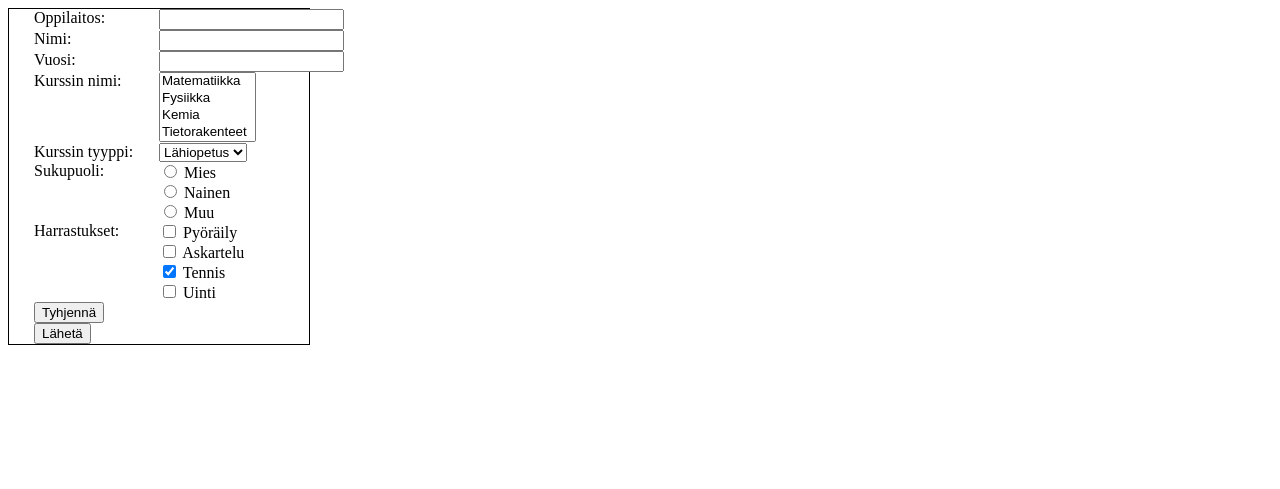
Repository: Niina-Maria/tehtavat-12-17-Niina-Maria2
Page: teht16.html
An editor plug-in stored every save of this project. The page is shown before and after the next save, followed by the edit.
The browser window is 1280 px wide. The pictures show the whole page.

Above is the page before, as saved 2024-11-20 13:09:37.

### teht16.html
<!DOCTYPE html>
<html>
    <head>
        <link rel="stylesheet" href="teht16.css">
    </head>
    <body>
        <div class="grid-container">
            <div class="grid-item">
                <div class="a a1">Oppilaitos:</div>
                <div class="a a2"><input type="text" id="school" name="school"></div>
                <div class="a a3">Nimi:</div>
                <div class="a a4"><input type="text" id="name" name="name"></div>
                <div class="a a5">Vuosi:</div>
                <div class="a a6"><input type="password" id="year" name="year"></div>
                <div class="a a7">Kurssin nimi:</div>
                <div class="a a8">
                    <select class="course" name="course" size="4">
                    <option value="matematiikka">Matematiikka</option>
                    <option value="fysiikka">Fysiikka</option>
                    <option value="kemia">Kemia</option>
                    <option value="tietorakenteet">Tietorakenteet</option>
                    <option value="webohjelmointi">Webohjelmointi</option>
                    </select>
                </div>
                <div class="a a9">Kurssin tyyppi:</div>
                <div class="a a10">
                    <select class="type" name="type" size="1">
                        <option value="lähiopetus">Lähiopetus</option>
                        <option value="etäopetus">Etäopetus</option>
                        <option value="hybridi">Hybridi</option>
                        <option value="monimuoto">Monimuoto</option>
                        <option value="avoinamk">AvoinAMK</option>
                    </select>
                </div>
                <div class="a a11">Sukupuoli:</div>
                <div class="a a12">
                    <input type="radio" id="male" name="gender" value="male">
                    <label class="sukup"for="male">Mies</label><br>
                    <input type="radio" id="female" name="gender" value="female">
                    <label class="sukup"for="female">Nainen</label><br>
                    <input type="radio" id="other" name="gender" value="other">
                    <label class="sukup"for="other">Muu</label>
                </div>
                <div class="a a13">Harrastukset:</div>
                <div class="a a14" >
                    <input type="checkbox" id="hobbiesbike" name="hobbiesbike">
                        <label for="hobbiesbike"> Pyöräily</label><br>
                        <input type="checkbox" id="hobbiesaskartelu" name="hobbiesaskartelu">
                        <label for="hobbiesaskartelu"> Askartelu</label><br>
                        <input type="checkbox" id="hobbiestennis" name="hobbiestennis" checked="checked">
                        <label for="hobbiestennis"> Tennis</label><br>
                        <input type="checkbox" id="hobbiesuinti" name="hobbiesuinti">
                        <label for="hobbiesuinti"> Uinti</label><br>
                </div>
                <div class="a a15">
                    <input type="reset" id="napit" value="Tyhjennä">
                    <input type="submit"id="napit2" value="Lähetä">
                </div>

            </div>
        </div>
    </body>

### teht16.css
.grid-container {
    display: grid;
    justify-content: center;
    border: 1px solid black;
    width: 300px;
}


.grid-item {
    display: grid;
    grid-template-columns: repeat(2, 125px);
    width: 250px;
    /*
    margin: 5px;
    padding: 5px;
    border: 1 px solid black;*/
    justify-content: center;
}

.taulukko div {
    grid-column: span 1;
    justify-content: right;
    padding: 5px;
    width: 100px;
    align-items: center;
}

.taulukko .a1 {
    grid-column: span 1;
    border: 1 px solid black;
    justify-content: right;
}

.taulukko .a2 {
    grid-column: span 1;
    justify-content: right;
    margin-left: 10px;
    border: 1 px solid black;
}

.taulukko .a3 {
    grid-column: span 1;
    border: 1 px solid black;
}

.taulukko .a4 {
    grid-column: span 1;
    justify-content: left;
    margin-left: 10px;
    border: 1 px solid black;
}


.taulukko .a5 {
    grid-column: span 1;
    border: 1 px solid black;
}

.taulukko .a6 {
    grid-column: span 1;
    justify-content: left;
    margin-left: 10px;
    border: 1 px solid black;
}

.taulukko .a7 {
    grid-column: span 1;
    border: 1 px solid black;
    vertical-align: 50%;
}

.taulukko .a8 {
    grid-column: span 1;
    justify-content: left;
    margin-left: 10px;
    border: 1 px solid black;
}

.taulukko .a9 {
    grid-column: span 1;
    border: 1 px solid black;
}

.taulukko .a10 {
    grid-column: span 1;
    justify-content: left;
    margin-left: 10px;
    border: 1 px solid black;
}

.taulukko .a11 {
    grid-column: span 1;
    border: 1 px solid black;
}

.taulukko .a12 {
    grid-column: span 1;
    /* justify-content: left; */
    margin-left: 10px;
    border: 1 px solid black;
}

.taulukko .a13 {
    grid-column: span 1;
    border: 1 px solid black;
}

.taulukko .a14 {
    grid-column: span 1;
    /* justify-content: left; */
    margin-left: 10px;
    border: 1 px solid black;
}

.taulukko .a15 {
    grid-column: span 2;
    margin-left:45%;
    align-content: center;
    border: 1 px solid black;
}

After the next save:
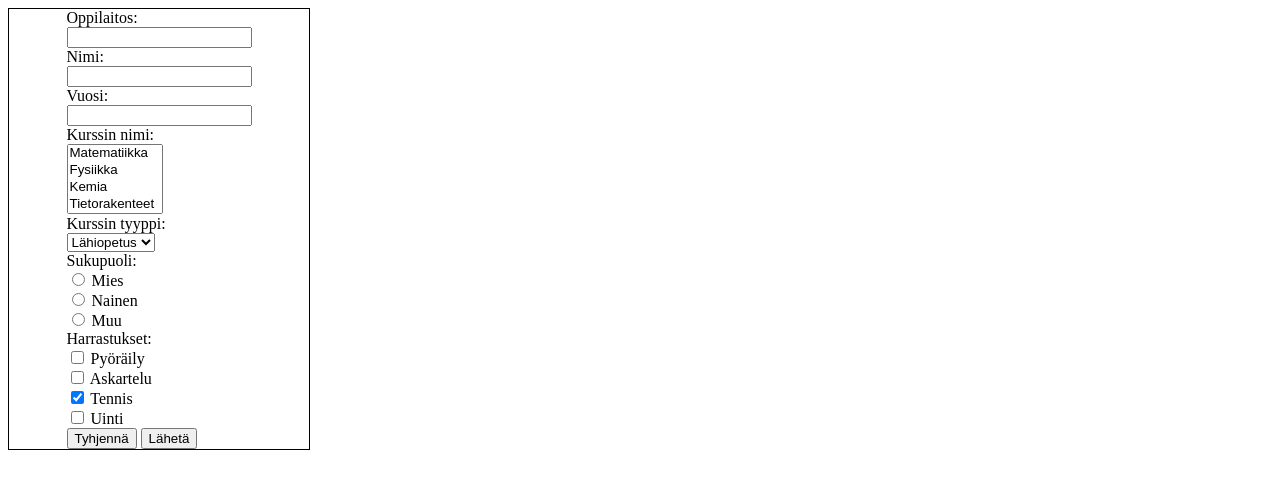
Saved 22 s later.
--- a/teht16.css
+++ b/teht16.css
@@ -8,8 +8,8 @@
 
 .grid-item {
     display: grid;
-    grid-template-columns: repeat(2, 125px);
-    width: 250px;
+    grid-template-columns: 2;
+    width: 300px;
     /*
     margin: 5px;
     padding: 5px;
